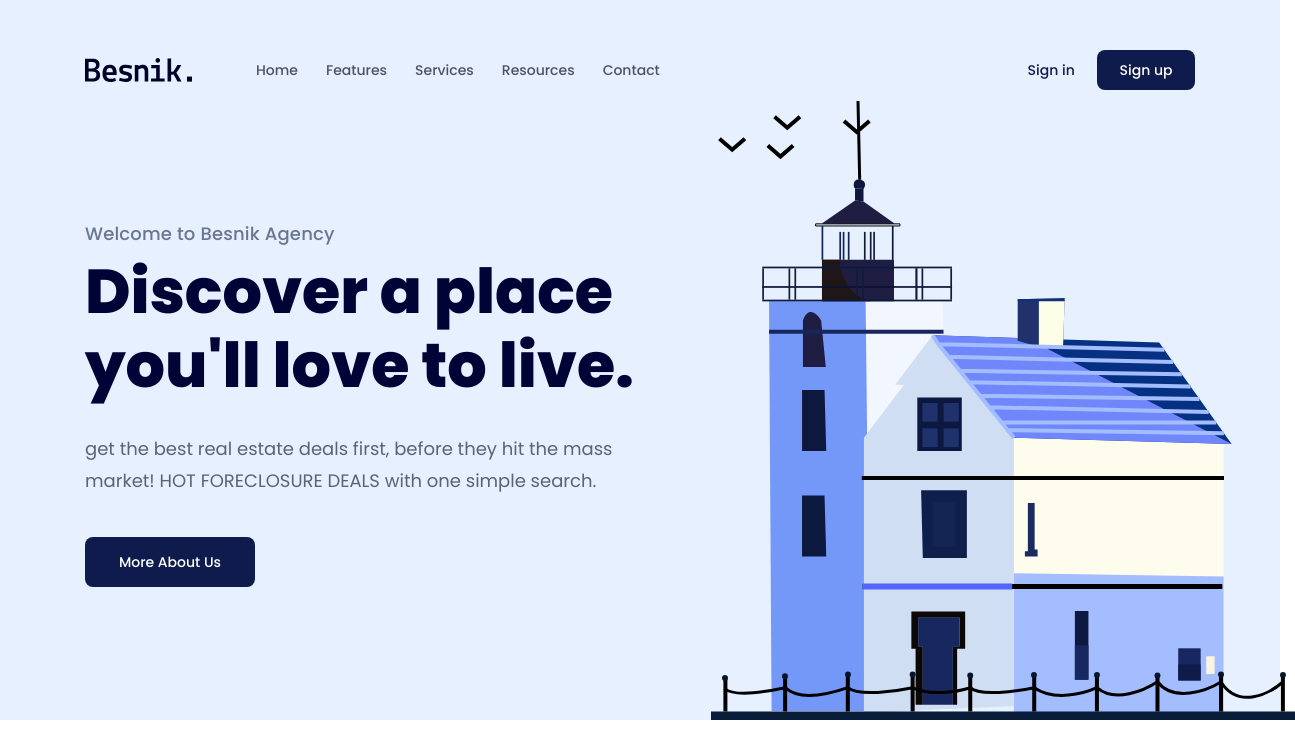
Repository: trungnguyen131/froject-01
Page: index.html
The author's editor kept a copy of each file at every save. The page is drawn from the files as they stood at one save, then again after a run of saves.
The browser window is 1280 px wide. The page is 1295 px wide, so the pictures cover 1295 px, including what lies to the right of the window. The pictures show the whole page.

Above is the page before, as saved 2024-02-26 00:25:02.

After the next 4 saves:
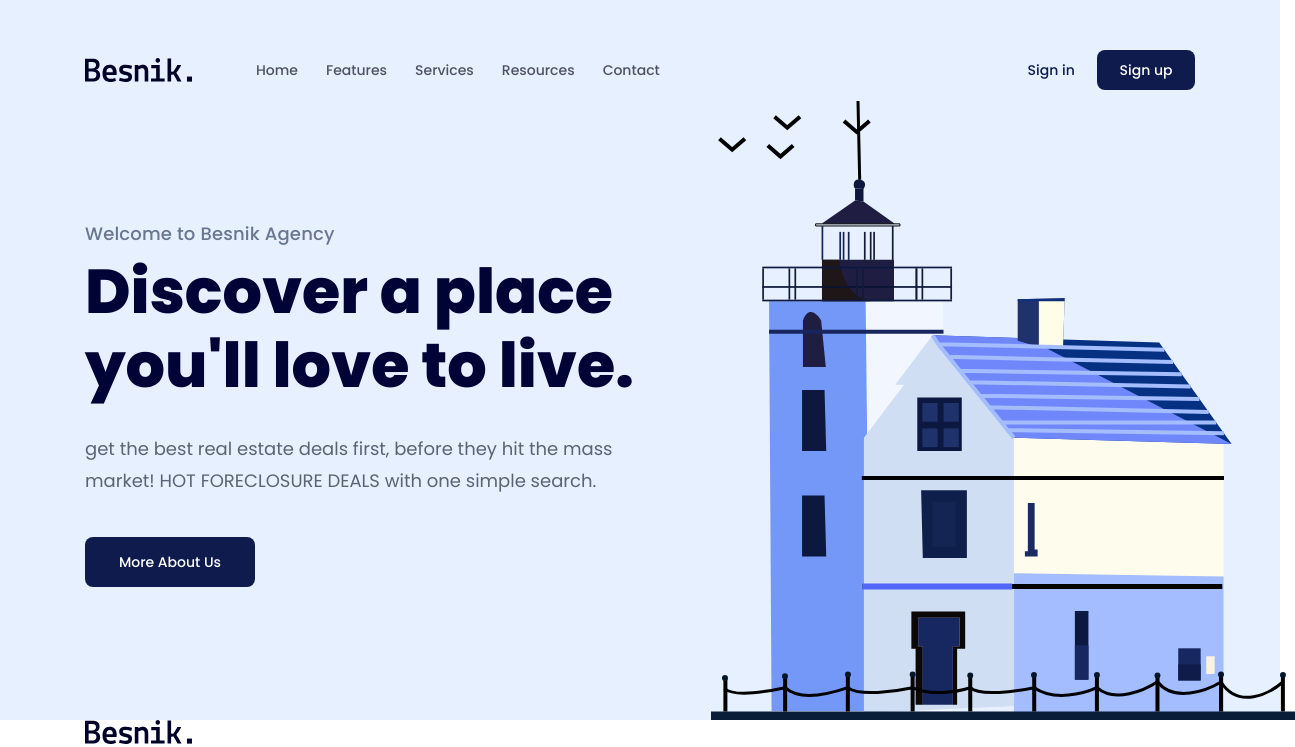
The 4 saves are shown as one change because they came seconds apart.
The last was saved 18 s later.
--- a/index.html
+++ b/index.html
@@ -48,7 +48,7 @@
         <div class="clients">
             <div class="content">
                 <div class="row">
-                    <img src="" alt="">
+                    <img src="./assets/img/logo.svg" alt="">
                 </div>
             </div>
         </div>
